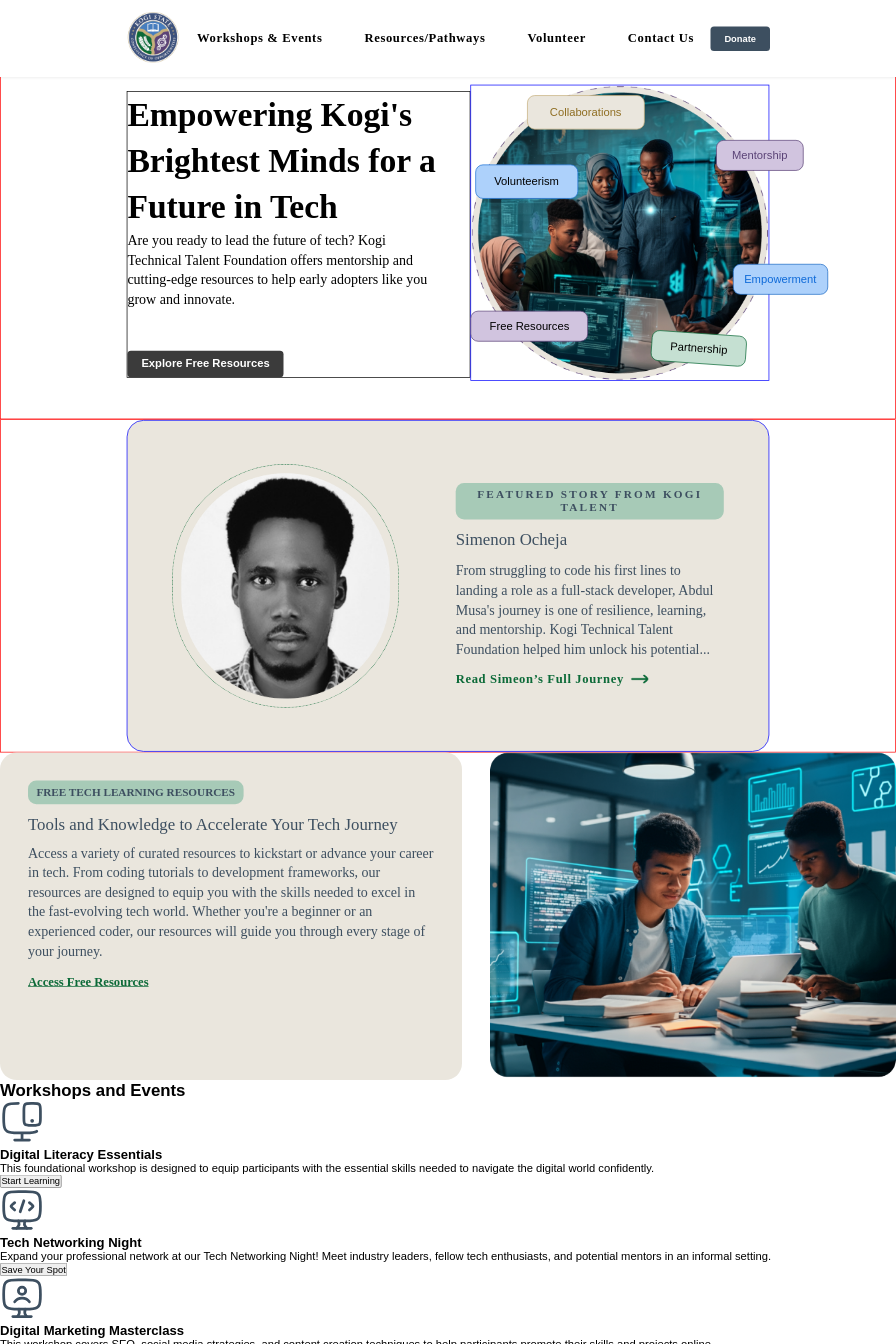
Repository: Cryptim/3MTT-Kogi-Foundation
Page: index.html
These files come from the project's save history. The page is drawn as it stood at one moment and after the next save; the edit follows.
The browser window is 1280 px wide. The pictures show the part of the page from y = 0 to 1920 px (the page is 5055 px tall), at 70% of full size.

Above is the page before, as saved 2024-11-15 01:57:55.

### index.html
<!DOCTYPE html>
<html lang="en">
  <head>
    <meta charset="UTF-8" />
    <meta name="viewport" content="width=device-width, initial-scale=1.0" />
    <title>Three Million Technical Talent Foundation</title>
    <link rel="stylesheet" href="stlyes/style.css" />
  </head>
  <body>
    <header class="header">
      <div class="logo">
        <img src="assets/images/logo.png" alt="Foundation Logo" />
      </div>
      <nav class="nav">
        <a href="#">Workshops & Events</a>
        <a href="#">Resources/Pathways</a>
        <a href="#">Volunteer</a>
        <a href="#">Contact Us</a>
      </nav>
      <div class="donate-button">
        <button>Donate</button>
      </div>
    </header>
    <!-- Hero sections -->
    <div class="padding hero-section">
      <div class="text-container">
        <h1>Empowering Kogi's Brightest Minds for a Future in Tech</h1>
        <p>
          Are you ready to lead the future of tech? Kogi Technical Talent
          Foundation offers mentorship and cutting-edge resources to help early
          adopters like you grow and innovate.
        </p>
        <div class="explore-button">
          <button>Explore Free Resources</button>
        </div>
      </div>
      <div class="image-container">
        <img
          src="assets/images/Frame 5.png"
          alt="Team working with technology"
        />
        <div class="tag tag-collaborations">Collaborations</div>
        <div class="tag tag-volunteerism">Volunteerism</div>
        <div class="tag tag-mentorship">Mentorship</div>
        <div class="tag tag-empowerment">Empowerment</div>
        <div class="tag tag-free-resources">Free Resources</div>
        <div class="tag tag-partnership">Partnership</div>
      </div>
    </div>
    <!-- Featured Story Section -->
    <div class="padding featuredStoryContainer">
      <div class="featuredStory"
      >
        <div  class="featuredStoryDottedImageLine"
        >
          <img class="featuredStoryImage"
            src="assets/images/Simeon ocheja 1.png"
            alt="Simenon Ocheja"
          />
        </div>
        <div
          style="width: 589px; display: flex; flex-direction: column; gap: 16px"
        >
          <div class="featuredStoryTextContainer"

          >
            <span class="featuredStoryText"

              >Featured Story from Kogi talent</span
            >
          </div>
          <h2 class="featuredStoryName"
          >
            Simenon Ocheja
          </h2>
          <p class="featuredStoryParagraph"
            style="
              width: 100%;
              color: #3d4f60;
              font-size: 20px;
              font-family: Cascadia Code;
              font-weight: 300;
              line-height: 28px;
              word-wrap: break-word;
            "
          >
            From struggling to code his first lines to landing a role as a
            full-stack developer, Abdul Musa's journey is one of resilience,
            learning, and mentorship. Kogi Technical Talent Foundation helped
            him unlock his potential...
          </p>
          <div style="display: flex; align-items: center; gap: 8px">
            <span
              style="
                color: #0c6a38;
                font-size: 18px;
                font-family: Cascadia Code;
                font-weight: 700;
                line-height: 27.2px;
                letter-spacing: 0.9px;
                word-wrap: break-word;
              "
              >Read Simeon’s Full Journey</span
            >
        <img src="./assets/images/icons/arrow-right-02.png" alt="arrow-right-02">
            </div>
          </div>
        </div>
      </div>
    </div>
    <!-- Free Tech Learning Resources Section -->
    <div style="display: flex; gap: 40px">
      <div
        style="flex: 1; padding: 40px; background: #eae6dd; border-radius: 24px"
      >
        <div
          style="
            padding: 8px 12px;
            background: #a7cab7;
            border-radius: 12px;
            display: inline-block;
          "
        >
          <span
            style="
              color: #3d4f60;
              font-size: 16px;
              font-family: Cascadia Code;
              font-weight: 600;
              text-transform: uppercase;
            "
            >Free Tech Learning Resources</span
          >
        </div>
        <h3
          style="
            color: #3d4f60;
            font-size: 24px;
            font-family: Cascadia Code;
            font-weight: 400;
            margin-top: 16px;
          "
        >
          Tools and Knowledge to Accelerate Your Tech Journey
        </h3>
        <p
          style="
            color: #3d4f60;
            font-size: 20px;
            font-family: Cascadia Code;
            font-weight: 300;
            line-height: 1.4;
            margin-top: 12px;
          "
        >
          Access a variety of curated resources to kickstart or advance your
          career in tech. From coding tutorials to development frameworks, our
          resources are designed to equip you with the skills needed to excel in
          the fast-evolving tech world. Whether you're a beginner or an
          experienced coder, our resources will guide you through every stage of
          your journey.
        </p>
        <a
          href="#"
          style="
            color: #0c6a38;
            font-size: 18px;
            font-family: Cascadia Code;
            font-weight: 700;
            display: inline-block;
            margin-top: 20px;
          "
          >Access Free Resources</a
        >
      </div>
      <div style="flex: 1">
        <img
          style="width: 100%; border-radius: 24px"
          src="assets/images/Resources image 1.png"
          alt="Tech Journey"
        />
      </div>
    </div>
    <!-- workshop section -->
    <section class="workshops-section">
      <h2>Workshops and Events</h2>
      <div class="workshops-container">
        <div class="workshop-card">
          <div class="icon">
            <img
              src="assets/images/computer-phone-sync.svg"
              alt="Digital Literacy Icon"
            />
          </div>
          <h3>Digital Literacy Essentials</h3>
          <p>
            This foundational workshop is designed to equip participants with
            the essential skills needed to navigate the digital world
            confidently.
          </p>
          <button>Start Learning</button>
        </div>
        <div class="workshop-card">
          <div class="icon">
            <img
              src="assets/images/computer-programming-01.svg"
              alt="Networking Icon"
            />
          </div>
          <h3>Tech Networking Night</h3>
          <p>
            Expand your professional network at our Tech Networking Night! Meet
            industry leaders, fellow tech enthusiasts, and potential mentors in
            an informal setting.
          </p>
          <button>Save Your Spot</button>
        </div>
        <div class="workshop-card">
          <div class="icon">
            <img
              src="assets/images/computer-video-call.svg"
              alt="Marketing Icon"
            />
          </div>
          <h3>Digital Marketing Masterclass</h3>
          <p>
            This workshop covers SEO, social media strategies, and content
            creation techniques to help participants promote their skills and
            projects online.
          </p>
          <button>Join the Masterclass</button>
        </div>
      </div>
    </section>
    <!--  Event section-->
    <section class="events-section">
      <h2>Upcoming Events</h2>
      <div class="events-container">
        <div class="event-card">
          <img
            src="assets/images/cloud-african 1.png"
            alt="Cloud Computing Workshop"
          />
          <h3>Getting Started with Cloud Computing: A Beginner's Guide</h3>
          <p>
            This introductory workshop will guide you through the fundamentals
            of cloud computing.
          </p>
          <div class="event-info">
            <span class="event-date"
              ><img
                src="assets/images/calendar-01.svg"
                alt="Calendar Icon"
                class="icon"
              />
              December 5, 2024</span
            >
            <span class="event-time"
              ><img
                src="assets/images/alarm-clock.svg"
                alt="Clock Icon"
                class="icon"
              />
              10:00 AM - 12:00 PM</span
            >
          </div>
        </div>
        <div class="event-card">
          <img
            src="assets/images/digital marketing.png"
            alt="Social Media for Entrepreneurs"
          />
          <h3>Mastering Social Media for Digital Entrepreneurs</h3>
          <p>
            Discover content creation strategies, audience engagement
            techniques, and more.
          </p>
          <div class="event-info">
            <span class="event-date"
              ><img
                src="assets/images/calendar-01.svg"
                alt="Calendar Icon"
                class="icon"
              />
              December 5, 2024</span
            >
            <span class="event-time"
              ><img
                src="assets/images/alarm-clock.svg"
                alt="Clock Icon"
                class="icon"
              />
              10:00 AM - 12:00 PM</span
            >
          </div>
        </div>
        <div class="event-card">
          <img
            src="assets/images/python.png"
            alt="Python Programming Workshop"
          />
          <h3>Intro to Python Programming: Building Your First App</h3>
          <p>
            This online workshop is perfect for beginners looking to learn
            Python programming.
          </p>
          <div class="event-info">
            <span class="event-date"
              ><img
                src="assets/images/calendar-01.svg"
                alt="Calendar Icon"
                class="icon"
              />
              December 5, 2024</span
            >
            <span class="event-time"
              ><img
                src="assets/images/alarm-clock.svg"
                alt="Clock Icon"
                class="icon"
              />
              10:00 AM - 12:00 PM</span
            >
          </div>
        </div>
      </div>
    </section>
    <!-- Mentor section -->
    <section class="mentors-section">
      <h2>Meet Our Mentors and Contributors</h2>
      <p>
        Meet Our MAt the heart of the Kogi Technical Talent Foundation is a
        dedicated team of mentors and contributors who are passionate about
        sharing their knowledge and expertise. Our mentors come from diverse
        backgrounds in technology, entrepreneurship, and innovation, providing
        invaluable guidance to help you navigate your career journey. Whether
        you're looking to enhance your coding skills, explore new fields like
        digital marketing, or get advice on launching your own tech startup, our
        mentors are here to support you.
      </p>
      <a href="#" class="explore-link">Explore Our Mentor’s Profile →</a>
      <div class="mentors-container">
        <div class="mentor-card">
          <img src="assets/images/Frame 19.png" alt="Omachoko Arome" />
          <h3>Omachoko Arome</h3>
        </div>
        <div class="mentor-card">
          <img src="assets/images/Frame 20.png" alt="Marian Musa" />
          <h3>Marian Musa</h3>
        </div>
        <div class="mentor-card">
          <img src="assets/images/Frame 21.png" alt="Ismaila Omeiza" />
          <h3>Ismaila Omeiza</h3>
        </div>
        <div class="mentor-card">
          <img src="assets/images/Frame 22.png" alt="Timothy Ignatius" />
          <h3>Timothy Ignatius</h3>
        </div>
      </div>
    </section>
    <!-- Footer -->
    <section>
      <div class="Partners">
        <div class="OurPartners">Our Partners</div>
        <div class="Frame23">
          <div class="NitdaLogo">
            <img
              class="NitdaLogoNewest1RemovebgPreview"
              style="width: 232.86px; height: 113.82px"
              src="https://via.placeholder.com/233x114"
            />
          </div>
          <div class="NitdaLogo">
            <img
              class="MttRemovebgPreview"
              style="width: 232.86px; height: 113.82px"
              src="https://via.placeholder.com/233x114"
            />
          </div>
          <div class="NitdaLogo">
            <img
              class="KogiLogo"
              style="width: 232.86px; height: 113.82px"
              src="https://via.placeholder.com/233x114"
            />
          </div>
          <div class="NitdaLogo">
            <img
              class="MistLogoRemovebgPreview"
              style="width: 232.86px; height: 113.82px"
              src="https://via.placeholder.com/233x114"
            />
          </div>
        </div>
      </div>

      <div class="Footer">
        <div class="Frame24">
          <img class="KogiLogo1" src="https://via.placeholder.com/78x78" />
          <div class="EmpoweringKogiSBrightestMindsForAFutureInTech">
            Empowering Kogi's Brightest Minds for a Future in Tech
          </div>
        </div>

        <div class="NavigataionMenu">
          <div class="Workshops">
            <div class="QuickLinks">Quick Links</div>
          </div>
          <div class="Workshops">
            <div class="WorkshopsEvents">Workshops & Events</div>
          </div>
          <div class="Resources">
            <div class="ResourcesPathways">Resources/Pathways</div>
          </div>
          <div class="Volunteer">
            <div>Volunteer</div>
          </div>
          <div class="ContactUs">
            <div>Contact Us</div>
          </div>
        </div>

        <div class="Frame25">
          <div class="Donate">
            <div>Donate Now</div>
          </div>
          <div class="ContactUs">
            <div class="ConnectWithUs">Connect with Us</div>
          </div>
          <div class="Frame26">
            <div class="Facebook02">
              <div class="Vector"></div>
            </div>
            <div class="NewTwitter">
              <div class="Vector"></div>
            </div>
            <div class="Linkedin02">
              <div class="Vector"></div>
              <div class="Vector"></div>
              <div class="Vector"></div>
            </div>
            <div class="Instagram">
              <div class="Vector"></div>
              <div class="Vector"></div>
              <div class="Vector"></div>
            </div>
          </div>
        </div>
      </div>

      <div class="Frame27">
        <div
          class="AllRightsReserved3mttFellowBiweeklyBuildWithAFellowChallenge2024"
        >
          All rights reserved 3MTT Fellow Biweekly Build With a Fellow Challenge
          ©2024
        </div>
      </div>
    </section>
  </body>
</html>

Loaded but not shown: stlyes/style.css (850 lines, source omitted)

After the next save:
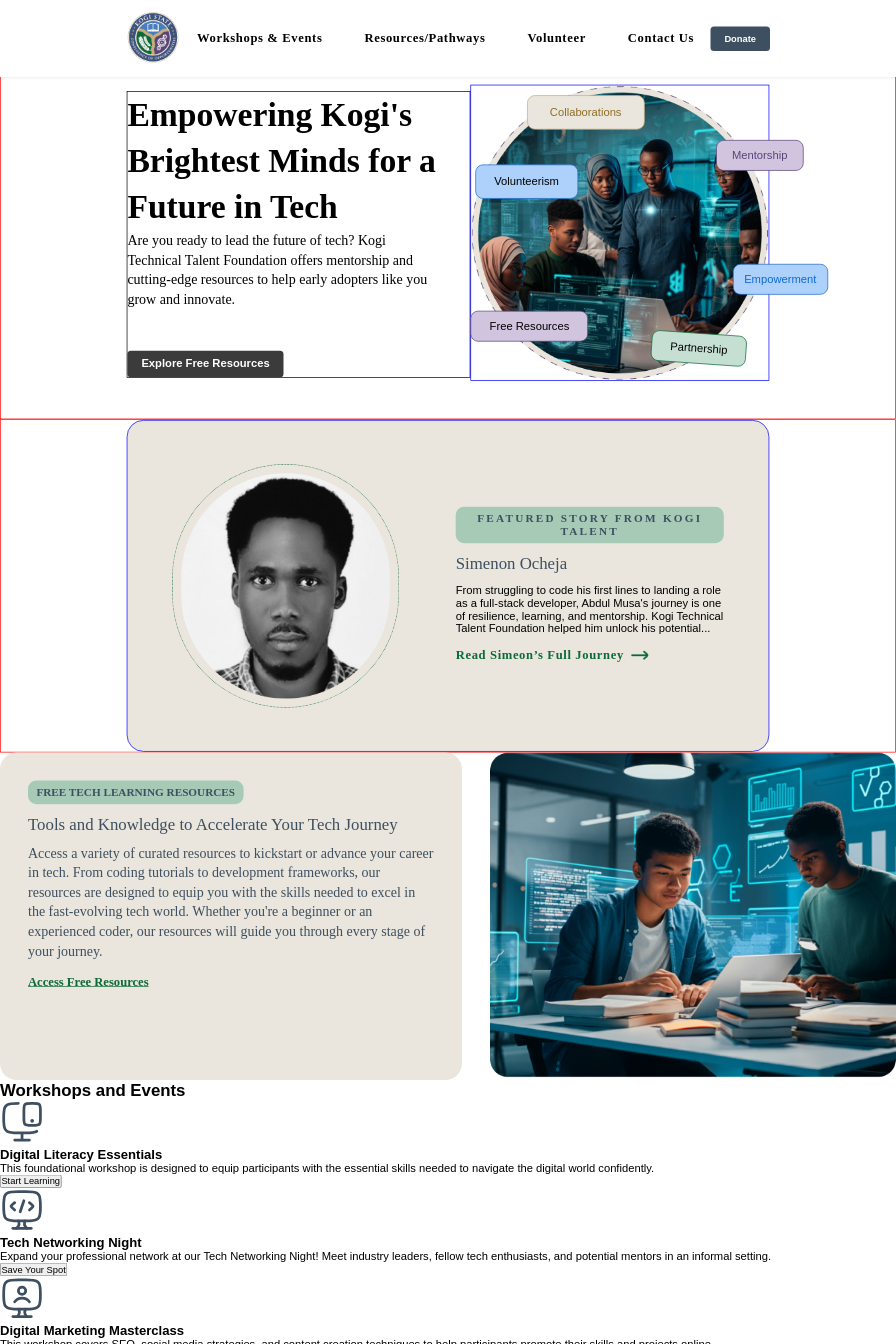
Saved 7 s later.
--- a/index.html
+++ b/index.html
@@ -75,13 +75,7 @@
           </h2>
           <p class="featuredStoryParagraph"
             style="
-              width: 100%;
-              color: #3d4f60;
-              font-size: 20px;
-              font-family: Cascadia Code;
-              font-weight: 300;
-              line-height: 28px;
-              word-wrap: break-word;
+
             "
           >
             From struggling to code his first lines to landing a role as a
